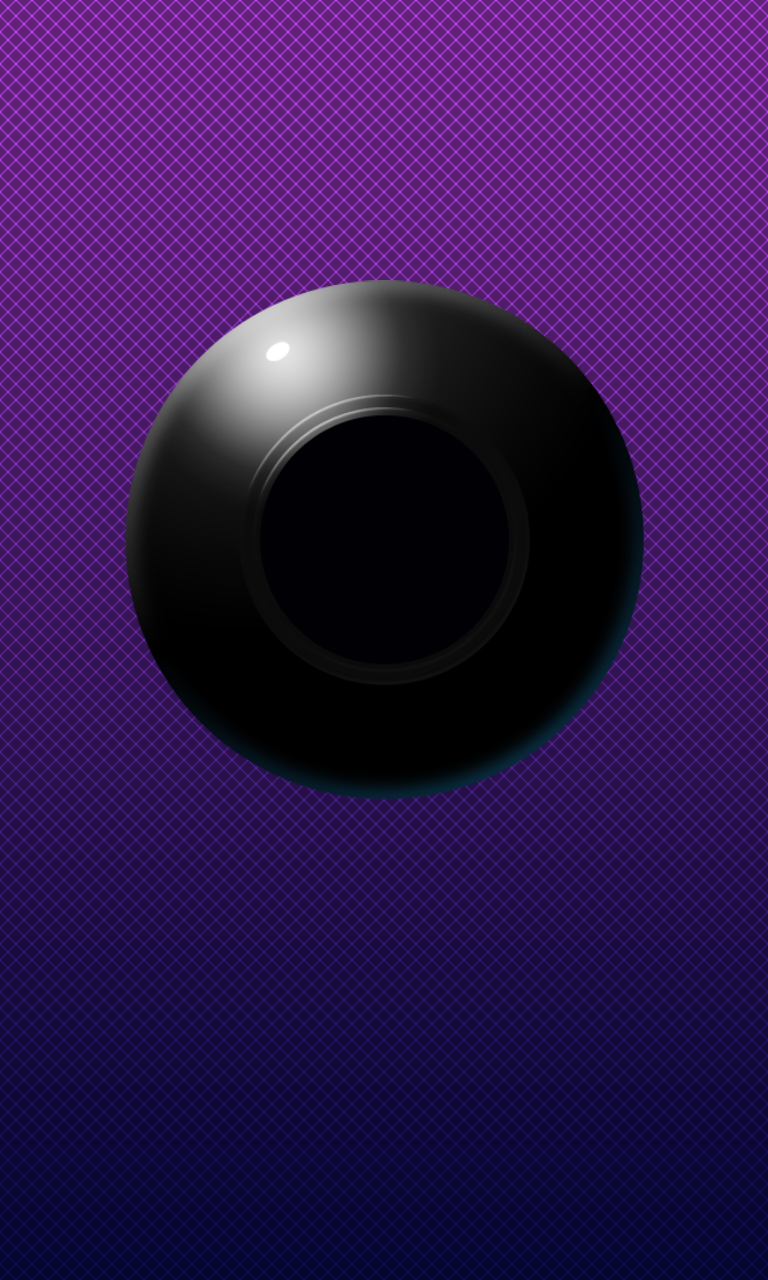
Repository: LimHeeJho/masicBall
Layout: MagicBall/res/layout/activity_main.xml
An editor plug-in stored every save of this project. The layout is shown before and after the next save, followed by the edit.
It is drawn on a 768 x 1280 px phone screen (xhdpi) without system bars, with theme AppTheme; the app's code is not run.

Above is the layout before, as saved 2013-07-17 08:15:12.

### MagicBall/res/layout/activity_main.xml
<RelativeLayout xmlns:android="http://schemas.android.com/apk/res/android"
    xmlns:tools="http://schemas.android.com/tools"
    android:layout_width="fill_parent"
    android:layout_height="fill_parent"
    tools:context=".MainActivity" >

    <RelativeLayout
        android:layout_width="fill_parent"
        android:layout_height="fill_parent"
        android:layout_alignParentLeft="true"
        android:layout_alignParentTop="true"
        android:background="@drawable/background" >

        <RelativeLayout
            android:layout_width="260dp"
            android:layout_height="300dp"
            android:layout_marginTop="120dp"
            android:layout_centerHorizontal="true"
             >

            <ImageView
                android:id="@+id/imageView1"
                android:layout_width="fill_parent"
                android:layout_height="fill_parent"
                android:layout_alignParentTop="true"
                android:layout_centerHorizontal="true"
                android:src="@drawable/ball" />
        </RelativeLayout>
    </RelativeLayout>

</RelativeLayout>

Loaded but not shown: MagicBall/res/values/styles.xml (common file); MagicBall/res/values-v11/styles.xml (common file); MagicBall/res/values-v14/styles.xml (common file)

After the next save:
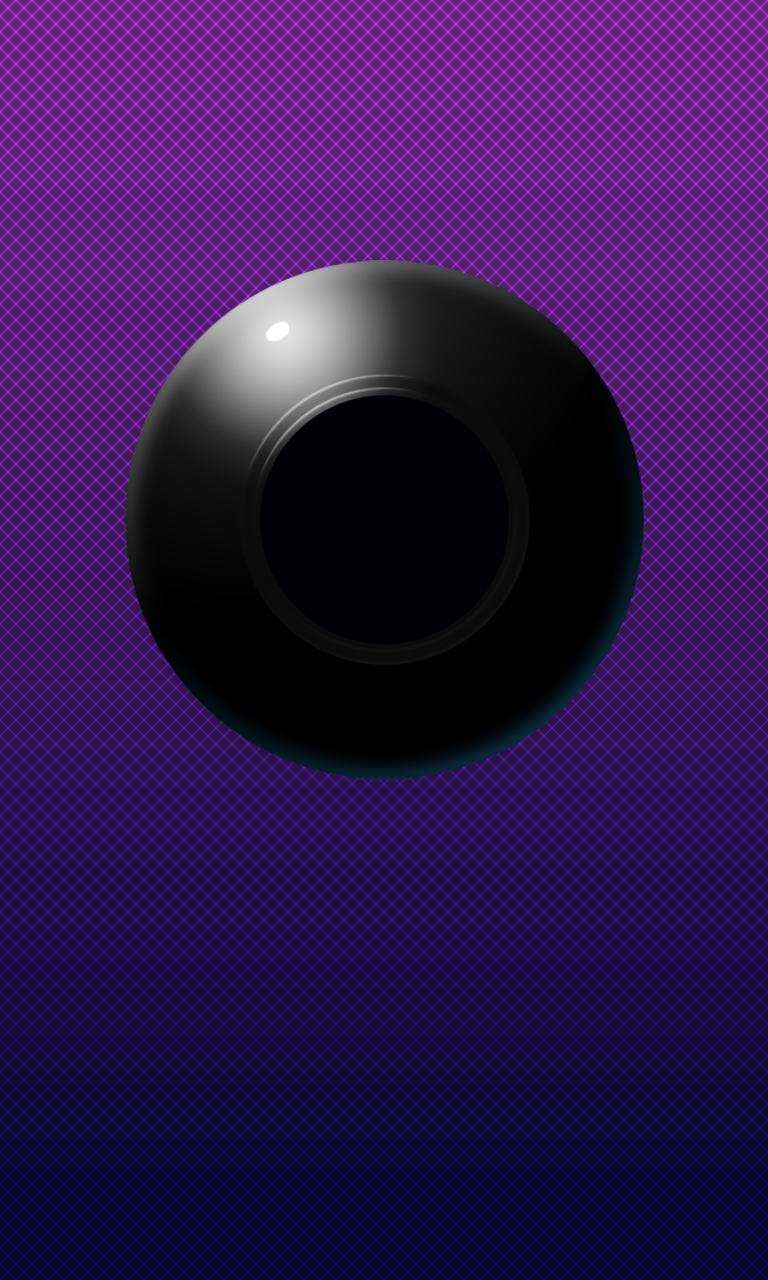
Saved 8 s later.
--- a/MagicBall/res/layout/activity_main.xml
+++ b/MagicBall/res/layout/activity_main.xml
@@ -14,7 +14,7 @@
         <RelativeLayout
             android:layout_width="260dp"
             android:layout_height="300dp"
-            android:layout_marginTop="120dp"
+            android:layout_marginTop="110dp"
             android:layout_centerHorizontal="true"
              >
 
